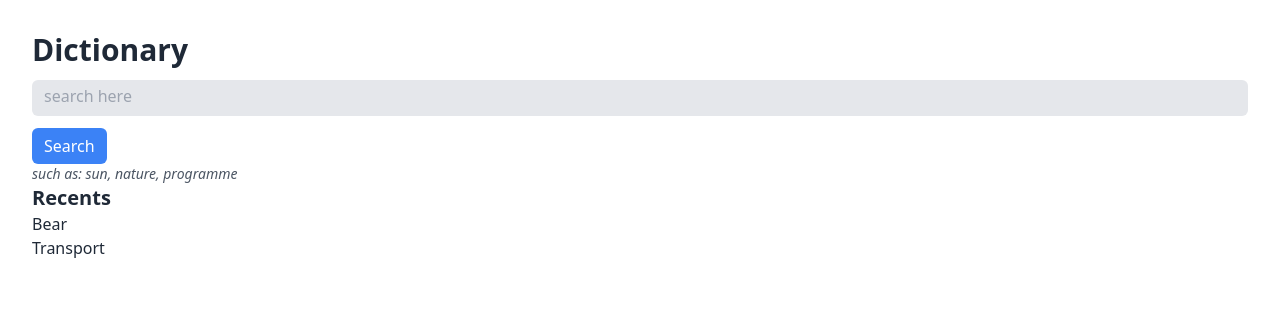
Repository: imokha01/dictionary-app
Page: /
An editor plug-in stored every save of this project. The page is shown before and after the next save, followed by the edit.
The browser window is 1280 px wide. The pictures show the whole page.
The project was rebuilt for these pictures with package versions that can differ from the ones it lists, and the page was loaded fresh each time. Also part of the build but not shown: vite.config.js, src/App.css.

Above is the page before, as saved 2024-02-19 11:05:35.

### src/App.jsx
import { useState } from 'react'
import './App.css'
import { Route, Routes, } from 'react-router-dom'
import Home from './pages/Home'



function App() {
  const [count, setCount] = useState(0)

  return (
    <>
      <Routes>
          <Route path='/' element={<Home/>}/>
      </Routes>
    </>
  )
}

export default App

### src/index.css
@tailwind base;
@tailwind components;
@tailwind utilities;

#root {
  margin: 0 auto;
  padding: 2rem;
  /* text-align: center; */
}

### src/pages/Home.jsx

const Home = () => {
    return (
        <div>
            <div className="flex flex-col gap-3">
                <h1 className="text-3xl  font-semibold">Dictionary</h1>
                <div className="flex flex-col">
                    <input className="bg-gray-200 rounded-md h-9 pl-3 pb-1 mb-3" type="text" placeholder="search here" />
                    <button className="bg-blue-500 text-white rounded-md px-3 py-1.5 w-fit">Search</button>
                    <i className="text-gray-600 text-sm">such as: sun, nature, programme</i>
                </div>
            </div>
            <div>
                <h2 className="text-xl font-semibold">Recents</h2>
                <ul>
                    <li>Bear</li>
                    <li>Transport</li>
                </ul>
            </div>
        </div>

    )
}

export default Home

### tailwind.config.js
/** @type {import('tailwindcss').Config} */
import daisyui from 'daisyui';
export default {
  content: [
    "./index.html",
    "./src/**/*.{js,ts,jsx,tsx}",
  ],
  theme: {
    extend: {},
  },
  plugins: [daisyui],
};

Loaded but not shown: index.html (common file); src/main.jsx (common file)

After the next save:
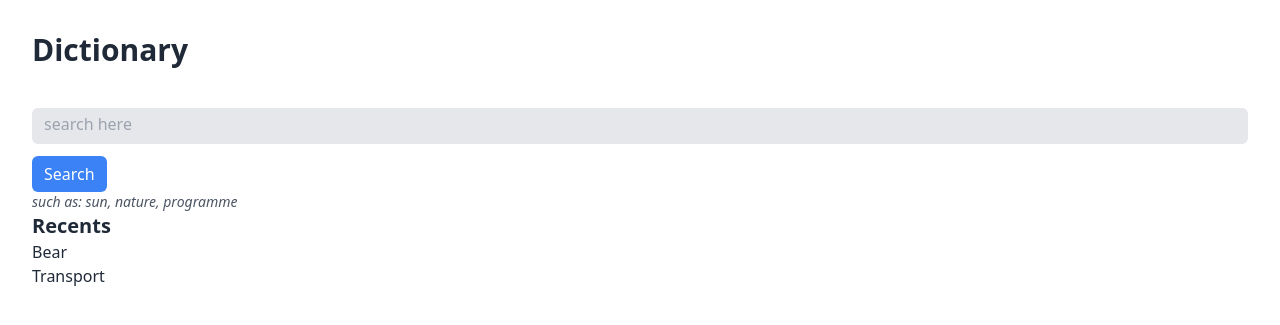
Saved 25 s later.
--- a/src/pages/Home.jsx
+++ b/src/pages/Home.jsx
@@ -2,7 +2,7 @@
 const Home = () => {
     return (
         <div>
-            <div className="flex flex-col gap-3">
+            <div className="flex flex-col gap-10">
                 <h1 className="text-3xl  font-semibold">Dictionary</h1>
                 <div className="flex flex-col">
                     <input className="bg-gray-200 rounded-md h-9 pl-3 pb-1 mb-3" type="text" placeholder="search here" />
